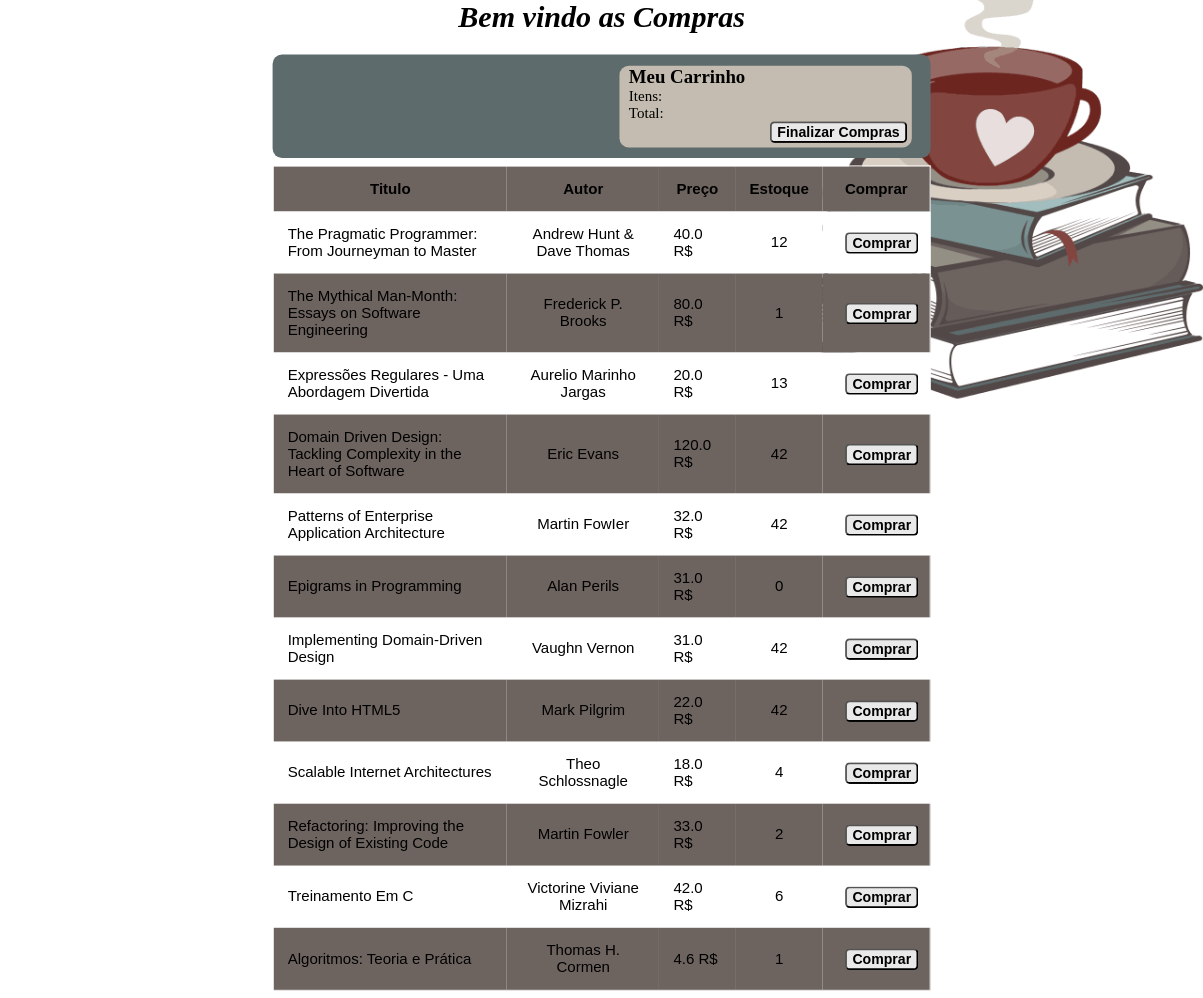
Repository: gabriellacrystina/ProjetoTegra
Page: http://localhost/book-store/Produtos
The author's editor kept a copy of each file at every save. The page is drawn from the files as they stood at one save, then again after the next save.
The browser window is 1280 px wide. The pictures show the whole page, at 94% of full size.
The page is served by Tomcat 9. Other server files are loaded and not shown.

Above is the page before, as saved 2016-07-08 00:47:23.

### book-store/WebContent/index.jsp
<%@ page language="java" contentType="text/html; charset=UTF-8"
    pageEncoding="UTF-8"%>
<%@ page import="model.Produto" %>
<%@ page import="model.Item" %>
<%@ page import="java.util.ArrayList" %>
<%@ page import="java.util.List" %>
<%@ taglib uri="http://java.sun.com/jsp/jstl/core" prefix="c" %>

<!DOCTYPE html PUBLIC "-//W3C//DTD HTML 4.01 Transitional//EN" "http://www.w3.org/TR/html4/loose.dtd">
<html>
	<head>
		<meta http-equiv="Content-Type" content="text/html; charset=UTF-8">
		<link rel="stylesheet" type="text/css" href="book-store-style.css">
		<title>BookStore</title>
	</head>
	<body>
		<div class="cabecalho">
			<h1>Bem vindo as Compras</h1>
		</div>
			<div class="my-cart" >
				<div class="cart">
					<label id="lbl-meu-carrinho">Meu Carrinho</label><br>
						Itens: <output class="lbl-itens" id="qtde-itens" name="quantidade-itens">${qtdeLivros}</output><br>
						Total: <output class="lbl-total" id="total" name="total-itens">${total}</output><br>
						<form action="MeuCarrinho">
							<button type="submit" class="btn" id="btn-finalizar-compra">Finalizar Compras</button>
						</form>
				</div>
			</div>
			<table id="tbl-books">
			  <tr>
			    <th>Titulo</th>
			    <th>Autor</th>
			    <th>Preço</th>
			    <th>Estoque</th>
			    <th>Comprar</th>
			  </tr>
		  		<c:forEach var="livro" items="${listaProdutos}">
		  			<tr class="livros">
						<td class="nome-livro">${livro.titulo}</td>
						<td class="nome-autor">${livro.autor}</td>
						<td class="preco">${livro.preco} R$</td>
						<td class="estoque">${livro.estoque}</td>
						<td>
							<form action="Produtos" method="post" name="produtos" >
								<input type="hidden" name="id-livro" value="${livro.id}">
								<button class="btn btn-comprar" type="submit">Comprar</button>
							</form>

						</td>
					</tr>
				</c:forEach>
			</table>
		</body>
</html>

### book-store/src/servlet/BuscaProdutos.java
package servlet;

import java.io.IOException;

import javax.servlet.ServletException;
import javax.servlet.annotation.WebServlet;
import javax.servlet.http.HttpServlet;
import javax.servlet.http.HttpServletRequest;
import javax.servlet.http.HttpServletResponse;
import javax.servlet.http.HttpSession;

import java.util.ArrayList;
import java.util.List;

import model.Item;
import model.Produto;
import dao.ProdutoDAO;

/**
 * Servlet implementation class BuscaProdutos
 * Classe responsavel por gerar uma lista estatica de produtos;
 * E ainda montar uma lista de livros escolhidos pelo o usuário.
 *
 */
@WebServlet("/Produtos")
public class BuscaProdutos extends HttpServlet {
	private static final long serialVersionUID = 1L;

    /**
     * @see HttpServlet#HttpServlet()
     */
    public BuscaProdutos() {
        super();
        // TODO Auto-generated constructor stub
    }

	/**
	 * @see HttpServlet#doGet(HttpServletRequest request, HttpServletResponse response)
	 */
	protected void doGet(HttpServletRequest request, HttpServletResponse response) throws ServletException, IOException {

		HttpSession sessao = request.getSession();

		//Gerando lista estatica.
		List<Produto> produtos = new ProdutoDAO().getListaProdutos();

		//colocando na sessao a lista de produtos
		sessao.setAttribute("listaProdutos", produtos);

		//redirecionar pro index.
		request.getRequestDispatcher("index.jsp").forward(request, response);
	}

	/**
	 * @see HttpServlet#doPost(HttpServletRequest request, HttpServletResponse response)
	 */
	protected void doPost(HttpServletRequest request, HttpServletResponse response) throws ServletException, IOException {
		HttpSession sessao = request.getSession();
		Item item = new Item();
		Produto produto;
		double subtotal = 0, total=0;
		Integer indice, quantidade=0, qtdeLivros=0;
		Item itemEncontrado = null;

		//captura Lista de Produtos e LivrosEscolhidos da sessao.
		List<Produto> produtos = (ArrayList<Produto>) sessao.getAttribute("listaProdutos");
		ArrayList<Item> livrosEscolhidos = (ArrayList<Item>) sessao.getAttribute("listaItens");

		if(livrosEscolhidos == null){
			livrosEscolhidos = new ArrayList<Item>();
			sessao.setAttribute("listaItens", livrosEscolhidos);
		}

		//Indice do livro
		indice = Integer.parseInt(request.getParameter("id-livro"));
		produto = produtos.get(indice);

		if(produto.contemEstoqueDisponivel()){
			/**Montando um item para adicionar em livrosEscolhidos.**/
			//Se a lista estiver vazia
			if(livrosEscolhidos.isEmpty()){
				//add item
				item.setProduto(produto);

				quantidade = item.getQuantidade() + 1;
				item.setQuantidade(quantidade);

				subtotal = quantidade * produto.getPreco();
				item.setSubtotal(subtotal);

				livrosEscolhidos.add(item);

				produto.atualizaEstoqueVenda();
			}else{
				//Senao percorre a lista
				for(int i=0; i<livrosEscolhidos.size(); i++){
					//verifica se o item a ser adicionado já existe na lista de livros Escolhidos
					if(produto.getTitulo().equals(livrosEscolhidos.get(i).getProduto().getTitulo())){
						itemEncontrado = livrosEscolhidos.get(i);
					}
				}
				//item já existe na lista?
				if(itemEncontrado != null){
					//atualiza a quantidade e o subtotal deste item
					itemEncontrado.adicionarQuantidade();

					itemEncontrado.adicionarSubtotal(produto.getPreco());

					produto.atualizaEstoqueVenda();
				}else{
					//senao adiciona um novo item na lista
					item.setProduto(produto);

					quantidade = item.getQuantidade() + 1;
					item.setQuantidade(quantidade);

					subtotal = quantidade * produto.getPreco();
					item.setSubtotal(subtotal);

					livrosEscolhidos.add(item);

					produto.atualizaEstoqueVenda();
				}
			}
		}

		//Total de livros e valor correspondente
		if( livrosEscolhidos != null){
			for(Item i: livrosEscolhidos){
				qtdeLivros = qtdeLivros + i.getQuantidade();
				total = total +  i.getProduto().getPreco() * i.getQuantidade();
			}
		}

		sessao.setAttribute("qtdeLivros", qtdeLivros);
		sessao.setAttribute("total", total);
		request.getRequestDispatcher("index.jsp").forward(request, response);
	}
}

### book-store/src/dao/ProdutoDAO.java
package dao;

import java.util.ArrayList;
import java.util.List;

import model.Produto;

/**
 * Produto(Data Object Access)
 *
 * Classe que simula acesso ao banco de dados
 */

public class ProdutoDAO {

	private final static List<Produto> listaProdutos = new ArrayList<>();

	static{
		adicionaProduto(new Produto("The Pragmatic Programmer: From Journeyman to Master", "Andrew Hunt & Dave Thomas", 40.00, 12));
		adicionaProduto(new Produto("The Mythical Man-Month: Essays on Software Engineering", "Frederick P. Brooks", 80.00, 1));
		adicionaProduto(new Produto("Expressões Regulares - Uma Abordagem Divertida", "Aurelio Marinho Jargas",20.00 ,13 ));
		adicionaProduto(new Produto("Domain Driven Design: Tackling Complexity in the Heart of Software", "Eric Evans", 120.00, 42));
		adicionaProduto(new Produto("Patterns of Enterprise Application Architecture", "Martin FowIer", 32.00, 42));
		adicionaProduto(new Produto("Epigrams in Programming", "Alan Perils", 31.00, 0));
		adicionaProduto(new Produto("Implementing Domain-Driven Design", "Vaughn Vernon", 31.00, 42));
		adicionaProduto(new Produto("Dive Into HTML5", "Mark Pilgrim", 22.00, 42));
		adicionaProduto(new Produto("Scalable Internet Architectures", "Theo Schlossnagle", 18.00, 4));
		adicionaProduto(new Produto("Refactoring: Improving the Design of Existing Code", "Martin Fowler", 33.00, 2));
		adicionaProduto(new Produto("Treinamento Em C", "Victorine Viviane Mizrahi", 42.00, 6));
		adicionaProduto(new Produto("Algoritmos: Teoria e Prática", "Thomas H. Cormen", 4.60, 1));
	}


	//Metodo que gera id automático e adiciona um produto na lista.
	private static void adicionaProduto(Produto produto){
		int id = listaProdutos.size();
		produto.setId(id);
		listaProdutos.add(produto);
	}

	public List<Produto> getListaProdutos(){
		return listaProdutos;
	}
}

### book-store/src/model/Produto.java
package model;

public class Produto {

	private int id;
	private String titulo;
	private String autor;
	private Double preco;
	private int estoque;

	public Produto(String titulo, String autor, Double preco, int estoque) {
		this.titulo = titulo;
		this.autor = autor;
		this.preco = preco;
		this.estoque = estoque;
	}

	public int getId(){
		return id;
	}

	public void setId(int id){
		this.id = id;
	}

	public String getTitulo() {
		return titulo;
	}

	public String getAutor() {
		return autor;
	}

	public Double getPreco() {
		return preco;
	}

	public int getEstoque() {
		return estoque;
	}

	public void atualizaEstoqueVenda(){
		this.estoque -= 1;
	}

	public void atualizaEstoqueDevolucao(){
		this.estoque += 1;
	}
}

### book-store/WebContent/book-store-style.css
@CHARSET "ISO-8859-1";

body {
	background-image: url("teste.png");
	background-repeat: no-repeat;
	background-position: right top;
	background-attachment: initial;
    width: 700px;
    margin-top: 0px;
    margin-left: auto;
	margin-right: auto;
}

h1 {
	font-style: oblique;
	text-align: center;
    color: #000000;
    margin-top: 0px;
}

#tbl-books {
	width: 100%;
	font-family: "Arial", "Helvetica", sans-serif;
	border: 1px solid #ffffff;
    border-collapse: collapse;
}

#tbl-books tr:nth-child(even){
	background-color: #FFFFFF
}

#tbl-books tr:nth-child(odd){
	background-color: #6D6460;
}

th, td {
    padding: 15px;
    text-align: center;
}
.nome-livro{
	text-align: left;
}

.preco{
	text-align: left;
}

.my-cart{
	width: 100%;
	height: 110px;
	border-radius: 10px;
    padding: 12px 20px;
    margin: 8px 0;
    box-sizing: border-box;
	background-color: #5D6B6C;
	margin-left: auto;
	margin-right: auto;
}
.cart{
	float: right;
	background-color: #c4bcb0;
	border-radius: 10px;
	padding-left: 10px;
	padding-bottom: 5px;
	margin-left: auto;
	margin-right: auto;
}

.carrinho{
	background-color: #c4bcb0;
	text-align: left;
	border-radius: 10px;
	padding-left: 10px;
	padding-right: 10px;
}

#lbl-meu-carrinho{
	font-size: 20px;
	font-weight: bold;
}

.btn {
	font-family: "Arial", "Helvetica", sans-serif;
	border-radius: 5px;
	font-size: 15px;
	font-weight: bold;
	margin-left: 150px;
	margin-right: 5px;
	background-color: #e9e9e9;
}

.btn-comprar{
	margin-left: 10%;
}

.btn-validarCumpom{
	margin-left: 60%;
}

.it-carrinho{
	margin-right: 150px;
}

.img-desconto{
	background-image: url("desconto.jpg");
	width: 10%;
	top:5px;
	left:20px;
	position:absolute;
}

#img-descricao{
	color: #ffffff;
	font-size: 10px;
}

h3, p{
	color: #ffffff;
	font-family: "Arial", "Helvetica", serif;
}

.desconto{
	margin-top: 0px;
	background-color: #6D2520;
	width: 22%;
	height: 100%;
	left:35px;
	text-align: left;
	padding-top: 5%;
	padding-left: 15px;
	position:absolute;
}

#img-desconto{
	padding-top: 20%;
	width: 100%;

}

After the next save:
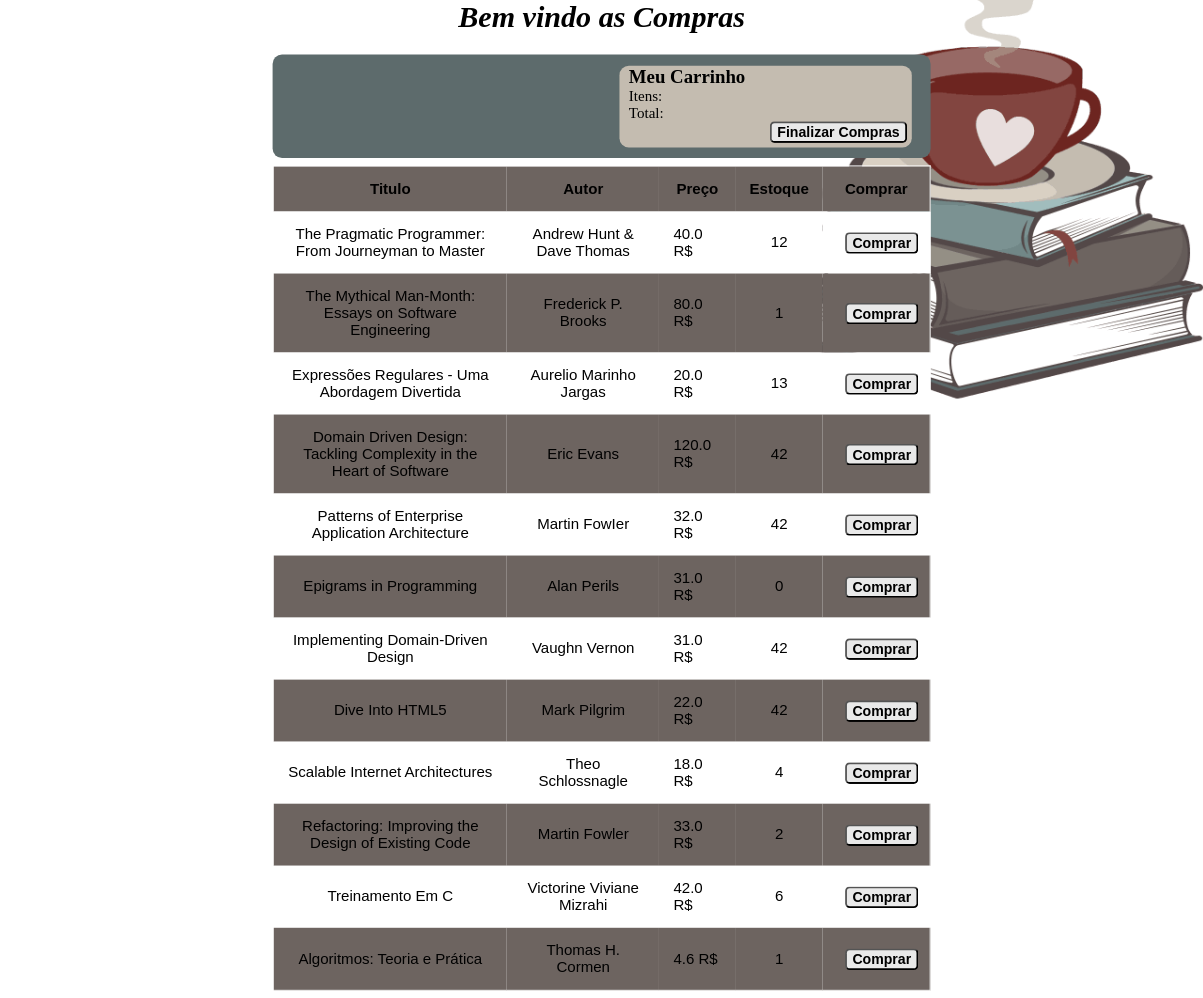
Saved 24 s later.
--- a/book-store/WebContent/book-store-style.css
+++ b/book-store/WebContent/book-store-style.css
@@ -36,9 +36,6 @@ h1 {
 th, td {
     padding: 15px;
     text-align: center;
-}
-.nome-livro{
-	text-align: left;
 }
 
 .preco{
